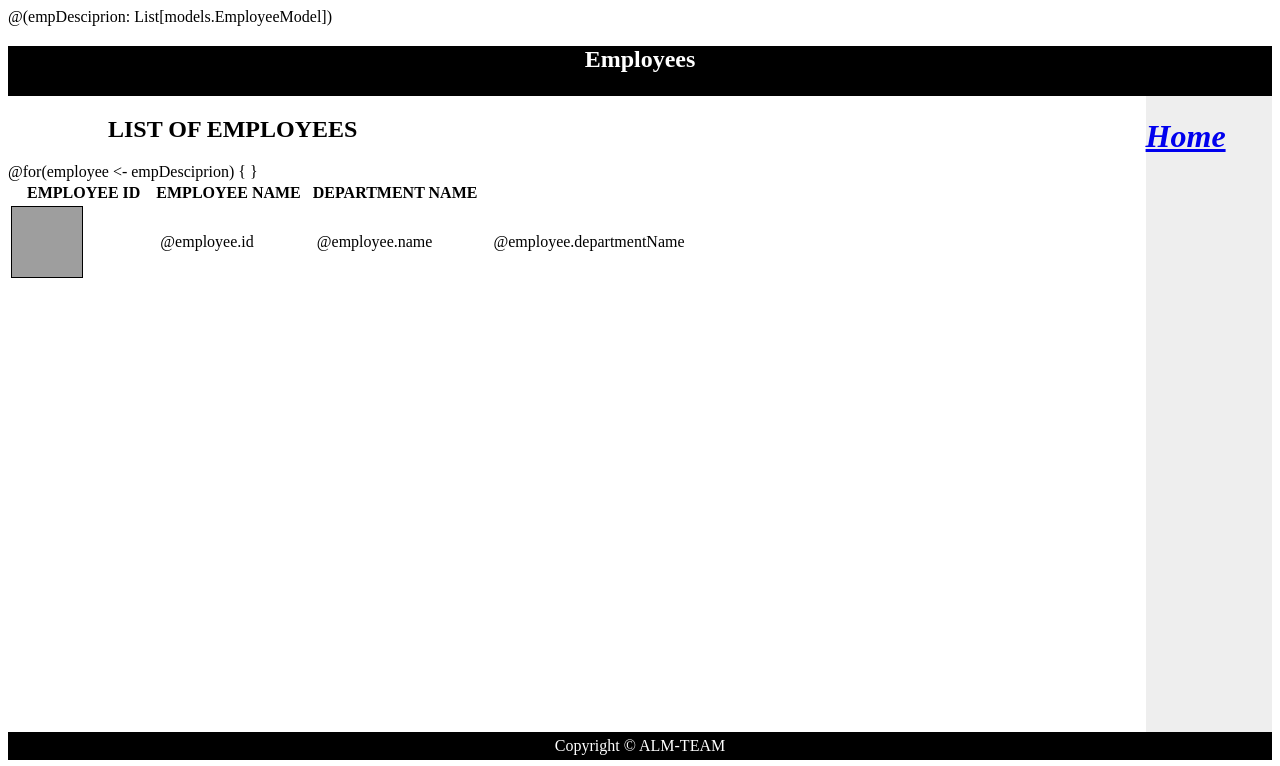
Repository: sumitkum200690/PLAY_SLICK
Page: Play_DB/app/views/employeeByIdDescription.scala.html
These files come from the project's save history. The page is drawn as it stood at one moment and after the next save; the edit follows.
The browser window is 1280 px wide. The pictures show the whole page.
Pictures or frames that could not be fetched are drawn as grey boxes.

Above is the page before, as saved 2015-09-25 10:46:05.

After the next save:
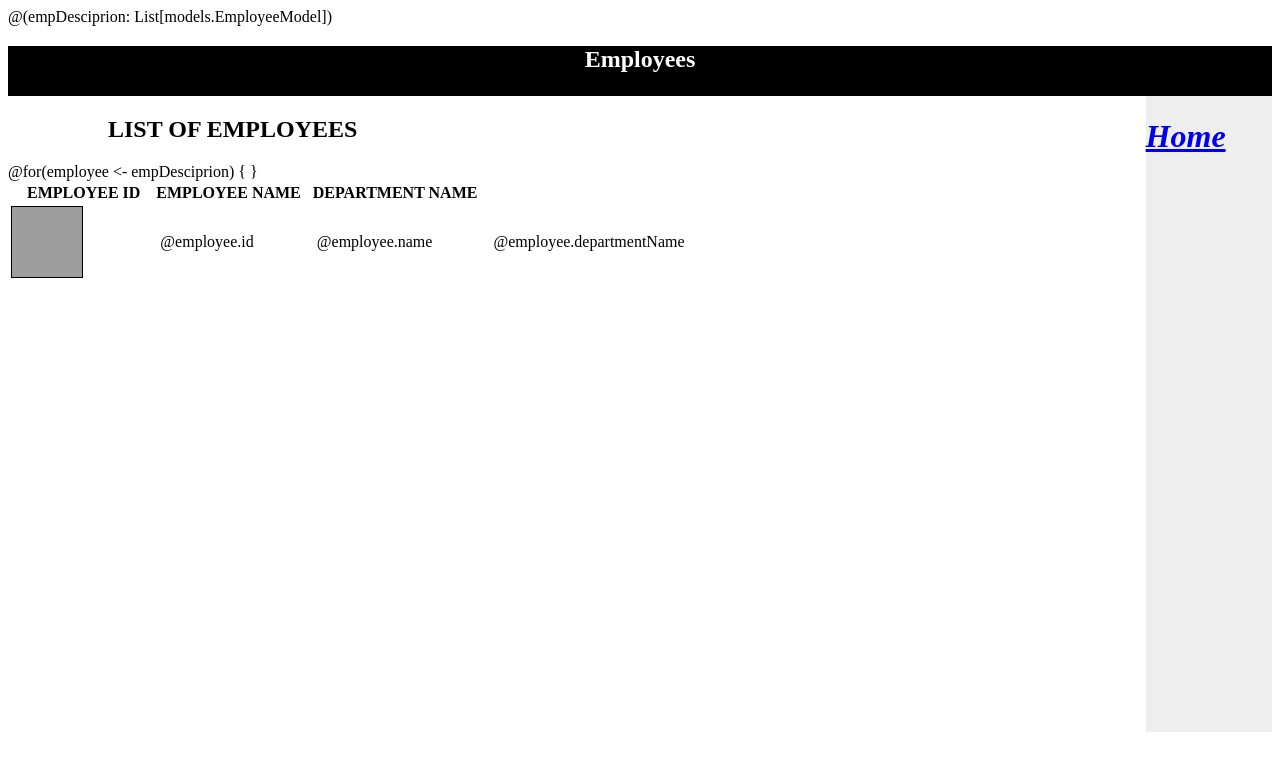
Saved 66 s later.
--- a/Play_DB/app/views/employeeByIdDescription.scala.html
+++ b/Play_DB/app/views/employeeByIdDescription.scala.html
@@ -140,9 +140,7 @@
 
 		</div>
 
-		<div id="footer2">
-		Copyright © ALM-TEAM
-		</div>
+
 
 	</div>
 
